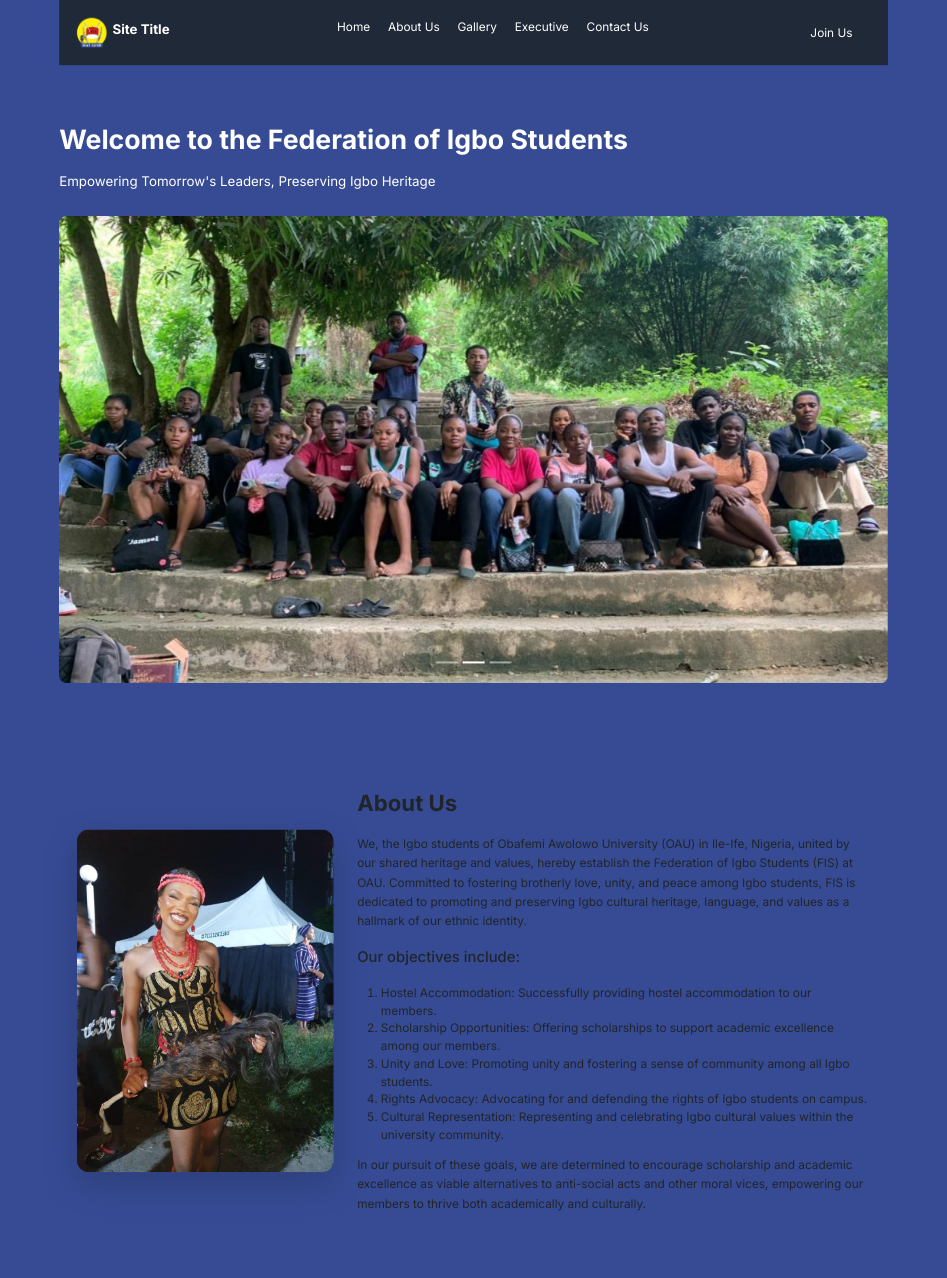
Repository: akinolapo/fis
Page: /about
The author's editor kept a copy of each file at every save. The page is drawn from the files as they stood at one save, then again after a run of saves.
The browser window is 1280 px wide. The pictures show the whole page, at 74% of full size.
The project was rebuilt for these pictures with package versions that can differ from the ones it lists, and the page was loaded fresh each time. The framework's server and built-in components were replaced by stand-ins that run in the browser. Also part of the build but not shown: next.config.mjs.

Above is the page before, as saved 2024-05-05 15:36:30.

### app/layout.tsx
import type { Metadata } from "next";
import { Inter } from "next/font/google";
import "./globals.css";
import Header from "./components/Header/Header";



const inter = Inter({ subsets: ["latin"] });

export const metadata: Metadata = {
  title: "Federation of Igbo Student OAU",
  description: "Federation of Igbo Student OAU",
};

export default function RootLayout({
  children,
}: Readonly<{
  children: React.ReactNode;
}>) {
  return (
    <html lang="en">
      <body className={inter.className}>
        <Header/>
        {children}
        </body>
    </html>
  );
}

### app/about/page.tsx
import React from 'react'
import Hero from '../components/Hero/Hero'
import Image from 'next/image'

const page = () => {
  return (
    <div>
      <Hero
      title="About Us"
      subtitle="Empowering Unity, Celebrating Heritage, and Nurturing Academic Excellence"
      />
       <div className="flex flex-col md:flex-row items-center justify-center md:justify-start px-4 py-8 md:py-16">
      <div className="md:w-1/3 mr-0 md:mr-8 mb-4 md:mb-0">
        <Image
          src="/images/about.jpeg"
          alt="About Image"
          className="w-full h-auto shadow-lg rounded-2xl"
          width={339}
          height={339}
        />
      </div>
      <div className="md:w-2/3">
        <h2 className="text-2xl md:text-3xl font-bold mb-4">About Us</h2>
        <p className="leading-relaxed mb-4">
        We, the Igbo students of Obafemi Awolowo University (OAU) in Ile-Ife, Nigeria, united by our shared heritage and values, hereby establish the Federation of Igbo Students (FIS) at OAU. Committed to fostering brotherly love, unity, and peace among Igbo students, FIS is dedicated to promoting and preserving Igbo cultural heritage, language, and values as a hallmark of our ethnic identity.
        </p>
        <h5 className="mb-4">Our objectives include:</h5>
        <ol className="list-decimal">
          <li>Hostel Accommodation: Successfully providing hostel accommodation to our members.</li>
          <li>Scholarship Opportunities: Offering scholarships to support academic excellence among our members.</li>
          <li>Unity and Love: Promoting unity and fostering a sense of community among all Igbo students.</li>
          <li>Rights Advocacy: Advocating for and defending the rights of Igbo students on campus.</li>
          <li>Cultural Representation: Representing and celebrating Igbo cultural values within the university community.</li>
        </ol>
        <p className="leading-relaxed mb-4">
        In our pursuit of these goals, we are determined to encourage scholarship and academic excellence as viable alternatives to anti-social acts and other moral vices, empowering our members to thrive both academically and culturally.
        </p>
        {/* <button className="bg-zinc-950 hover:bg-black text-white font-bold py-4 px-10 rounded-full focus:outline-none focus:shadow-outline">
          Read Less
        </button> */}
      </div>
    </div>
    </div>
  )
}

export default page

### app/globals.css
@tailwind base;
@tailwind components;
@tailwind utilities;z

*{
  margin: 0;
  padding: 0;
}

body {
  background: #364B94 !important;
  color: #ffffff;
  padding: 0 80px;
}

@layer utilities {
  .text-balance {
    text-wrap: balance;
  }
}

### app/components/Header/Header.tsx
import React from 'react';

const Header = () => {
  return (
    <header className="flex justify-between items-center p-4 bg-gray-800 text-white">
      {/* Logo and Site Title */}
      <div className="flex items-center">
        <img src="/logo.png" alt="Logo" className="w-10 h-10 mr-2" />
        <h1 className="text-lg font-bold">Site Title</h1>
      </div>

      {/* Menu */}
      <nav className="flex justify-center flex-grow">
        <ul className="flex space-x-6">
          <li className="cursor-pointer hover:text-gray-400">Home</li>
          <li className="cursor-pointer hover:text-gray-400">About Us</li>
          <li className="cursor-pointer hover:text-gray-400">Gallery</li>
          <li className="cursor-pointer hover:text-gray-400">Executive</li>
          <li className="cursor-pointer hover:text-gray-400">Contact Us</li>
        </ul>
      </nav>

      {/* Join Us Button */}
      <button className="px-4 py-2 rounded-full bg-zinc- hover:bg-blue-600 text-white">
        Join Us
      </button>
    </header>
  );
};

export default Header;

### app/components/Hero/Hero.tsx
import Image from "next/image";
import Slider from "../Slider/Slider";

const Hero = () => {
  return (
    <div className="text-white py-20">
      <h2 className="text-4xl font-bold mb-4">
        Welcome to the Federation of Igbo Students
      </h2>
      <p className="text-lg mb-8">
        Empowering Tomorrow's Leaders, Preserving Igbo Heritage
      </p>
      <Slider/>
    </div>
  );
};

export default Hero;

### app/components/Slider/Slider.tsx
'use client'
import { Carousel } from 'react-bootstrap'
import Image from 'next/image'

import './slider.css'
import './bootstrap.min.css';

const Slider = () => {
  return (
    <section className="slider-head">
      <Carousel className="slider" pause={false} interval={4000}>
        <Carousel.Item className="sliderWrapper">
          <div className="slideImg">
            <Image
              src="/images/hero.jpeg"
              alt="promotion"
              width={720}
              height={480}
              className="imageOverlay"
            />
          </div>
        </Carousel.Item>

        <Carousel.Item className="sliderWrapper">
          <div className="slideImg">
            <Image
              src="/images/hero.jpeg"
              alt="promotion"
              width={720}
              height={480}
              className="imageOverlay"
            />
          </div>
        </Carousel.Item>

        <Carousel.Item className="sliderWrapper">
          <div className="slideImg">
            <Image
              src="/images/hero.jpeg"
              alt="promotion"
              width={720}
              height={480}
              className="imageOverlay"
            />
          </div>
        </Carousel.Item>
      </Carousel>
    </section>
  )
}

export default Slider

### app/components/Slider/slider.css
/* slider.css */

.slider {
    position: relative;
  }


  .slideImg {
    position: relative;
  }

  .imageOverlay {
    width: 100%;
    height: auto;
    border-radius: 10px;
  }

Loaded but not shown: app/components/Slider/bootstrap.min.css (library); tailwind.config.ts (common file)

After the next 3 saves:
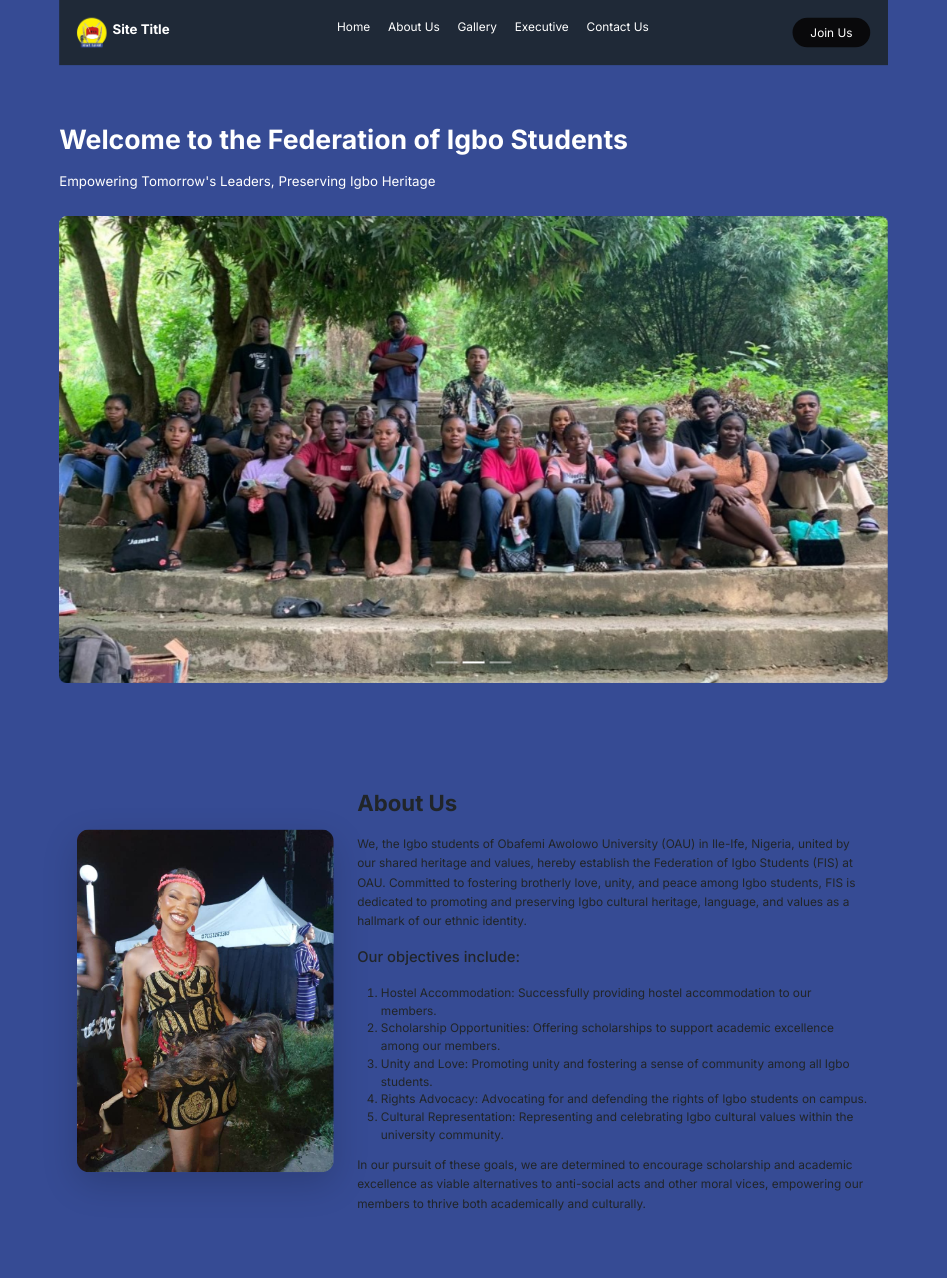
The 3 saves are shown as one change because they came seconds apart.
The last was saved 10 s later.
--- a/app/components/Header/Header.tsx
+++ b/app/components/Header/Header.tsx
@@ -21,7 +21,7 @@ const Header = () => {
       </nav>
 
       {/* Join Us Button */}
-      <button className="px-4 py-2 rounded-full bg-zinc- hover:bg-blue-600 text-white">
+      <button className="px-4 py-2 rounded-full bg-zinc-950 hover:bg-black text-white">
         Join Us
       </button>
     </header>
